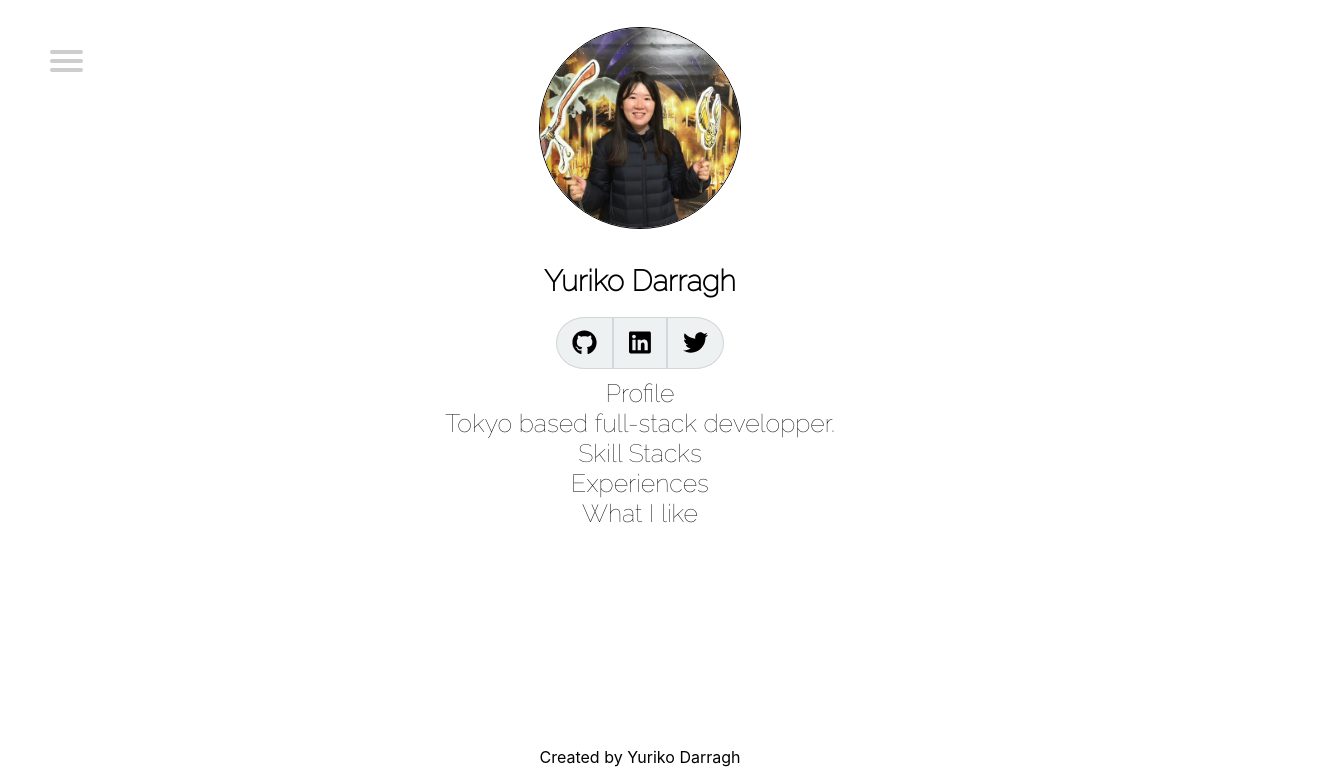
Repository: yuriko-pixel/react-portfolio
Page: /about
These files come from the project's save history. The page is drawn as it stood at one moment and after the next save; the edit follows.
The browser window is 1280 px wide. The page is 1330 px wide, so the pictures cover 1330 px, including what lies to the right of the window. The pictures show the whole page.
The project was rebuilt for these pictures with package versions that can differ from the ones it lists, and the page was loaded fresh each time. Also part of the build but not shown: src/components/worktemp.js, src/styles/top.module.scss, src/components/top.js, src/styles/works.module.scss, src/components/works.js, src/components/home.js.

Above is the page before, as saved 2021-05-19 12:45:41.

After the next save:
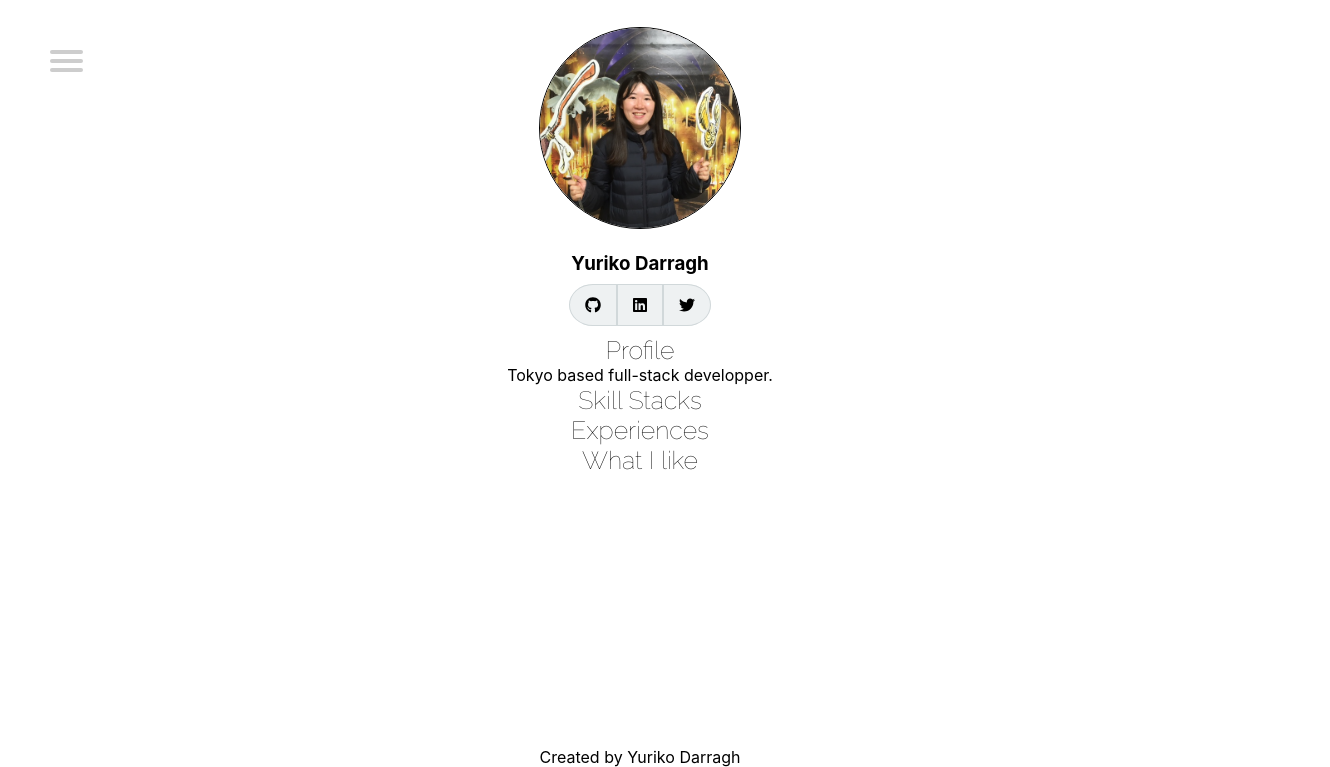
Saved 18 s later.
--- a/src/styles/about.module.scss
+++ b/src/styles/about.module.scss
@@ -1,7 +1,5 @@
 @import url('https://fonts.googleapis.com/css2?family=Raleway:wght@100&display=swap');
 .container {
-    font-family: 'Raleway', sans-serif;
-    font-size: 25px;
     height: 100vh;
 }
 .profimg {
@@ -11,3 +9,8 @@
 	border-radius:50%;
     border: 1px solid black;
 }
+
+.title {
+    font-family: 'Raleway', sans-serif;
+    font-size: 25px;
+}
